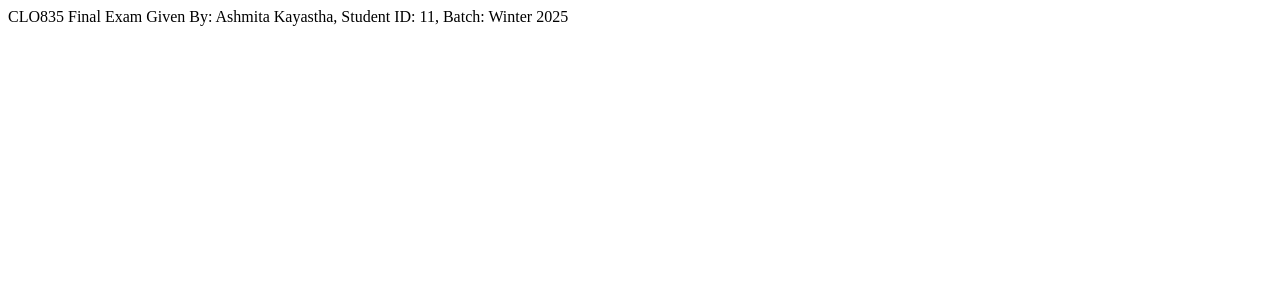
Repository: AshmitaKayastha/clo835
Page: http://localhost/
The author's editor kept a record of every edit. The page is drawn from the files as they stood at one moment, then again after the next edit.
The browser window is 1280 px wide. The pictures show the whole page.
The page is served by the project's Node server (index.js).

Above is the page before.

### index.js
//Load express module with `require` directive
var express = require('express')
var app = express()


114354244

//Define request response in root URL (/)
app.get('/', function (req, res) {
  res.send('CLO835 Final Exam Given By: Ashmita Kayastha, Student ID: 11, Batch: Winter 2025')
})


//Launch listening server on port 8081
app.listen(8081, function () {
  console.log('app listening on port 8081!')
})

After the next edit:
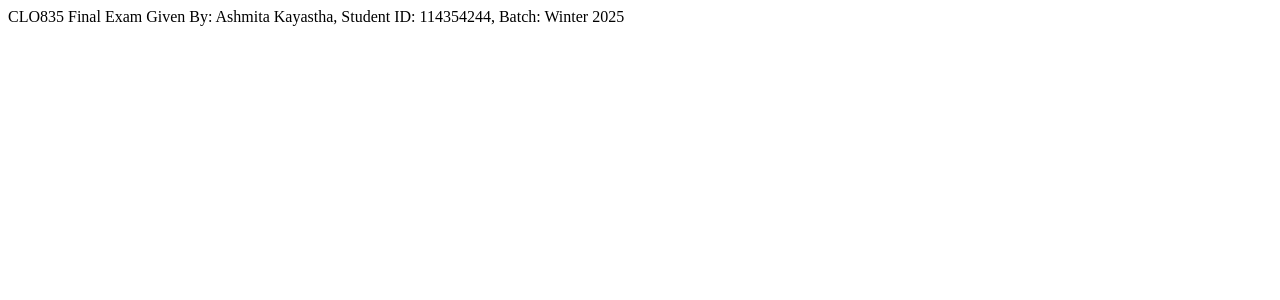
The edit:
--- a/index.js
+++ b/index.js
@@ -7,7 +7,7 @@
 
 //Define request response in root URL (/)
 app.get('/', function (req, res) {
-  res.send('CLO835 Final Exam Given By: Ashmita Kayastha, Student ID: 11, Batch: Winter 2025')
+  res.send('CLO835 Final Exam Given By: Ashmita Kayastha, Student ID: 114354244, Batch: Winter 2025')
 })
 
 
